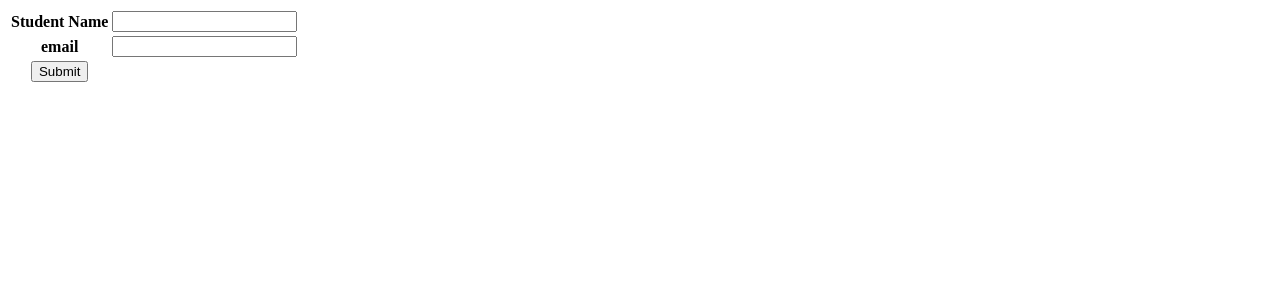
Repository: sisbhumi/LearnersAcademyApp
Page: BackendAdmin/src/main/webapp/addStudent.html
These files come from the project's save history. The page is drawn as it stood at one moment and after the next save; the edit follows.
The browser window is 1280 px wide. The pictures show the whole page.

Above is the page before, as saved 2023-03-27 12:24:16.

### BackendAdmin/src/main/webapp/addStudent.html
<!DOCTYPE html>
<html>
<head>
<meta charset="ISO-8859-1">
<title>Add Student Admin</title>
</head>
<body>
	<form action="addStudent" method="post">
		<table>
			<tr>
				<th>Student Name</th>
				<th><input type="text" name="stu_name" /></th>
			</tr>

			<tr>
				<th>email</th>
				<th><input type="email" name="stu_email" /></th>
			</tr>
				<th><input type="submit" name="add"/></th>

		</table>

	</form>
</body>
</html>

After the next save:
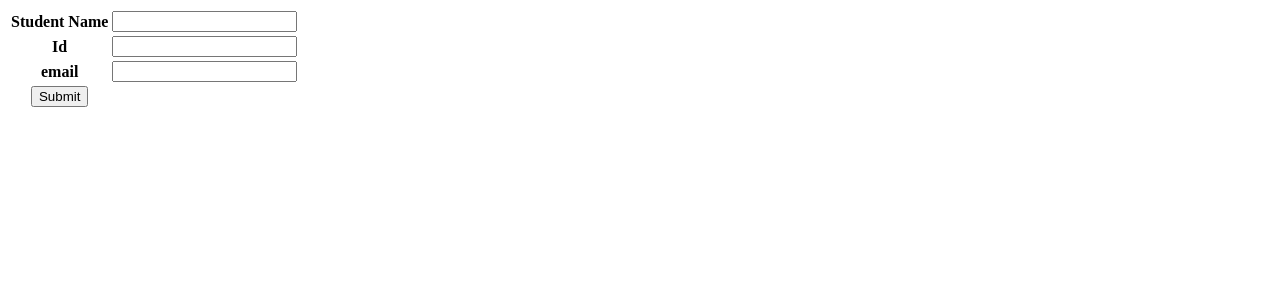
Saved 41 s later.
--- a/BackendAdmin/src/main/webapp/addStudent.html
+++ b/BackendAdmin/src/main/webapp/addStudent.html
@@ -11,7 +11,10 @@
 				<th>Student Name</th>
 				<th><input type="text" name="stu_name" /></th>
 			</tr>
-
+			<tr>
+				<th>Id</th>
+				<th><input type="text" name="id" /></th>
+			</tr>
 			<tr>
 				<th>email</th>
 				<th><input type="email" name="stu_email" /></th>
